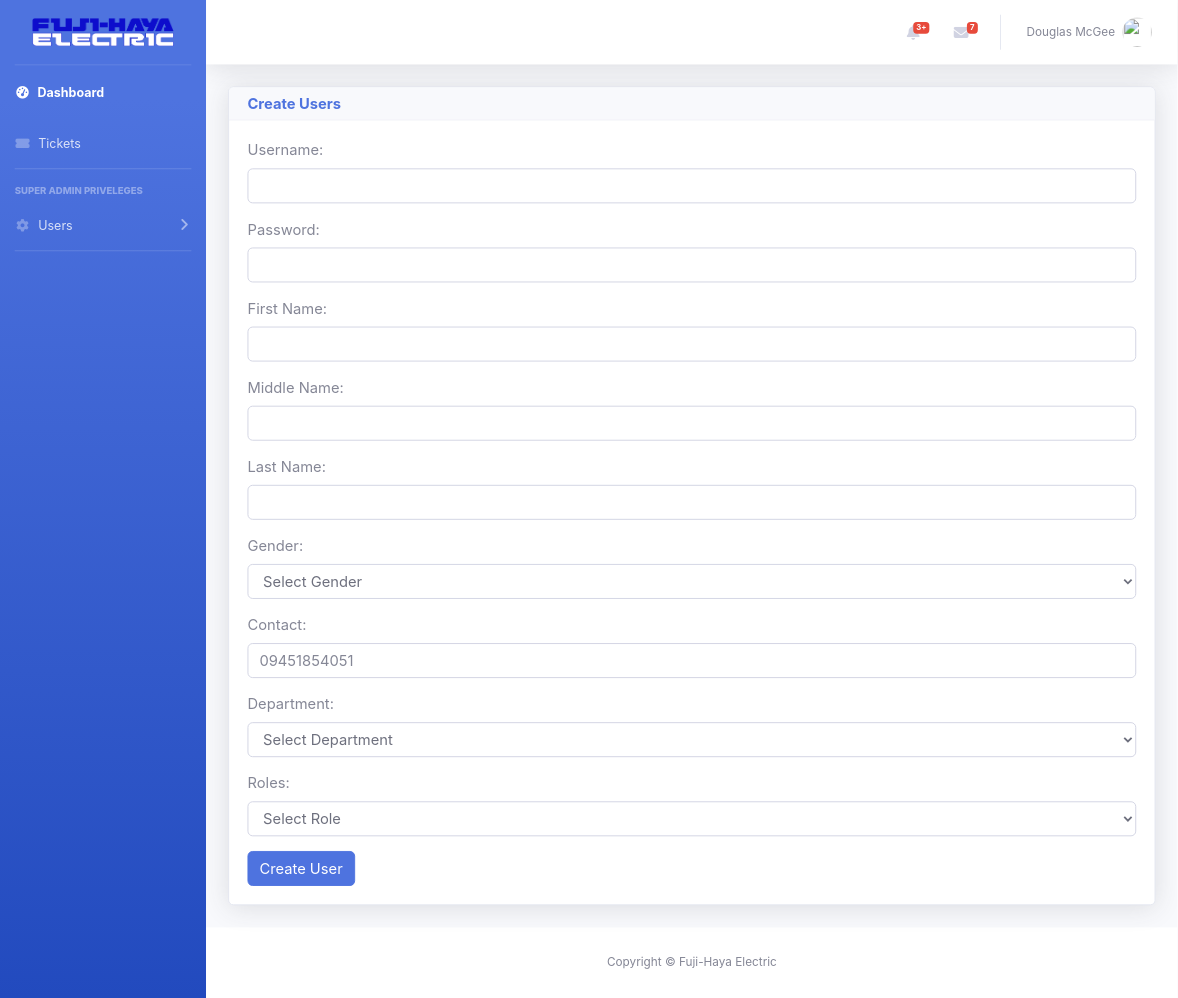
Repository: ejerasga/ticket-inventory
Page: http://localhost/user/create
These files come from the project's save history. The page is drawn as it stood at one moment and after a run of saves; the edit follows.
The browser window is 1280 px wide. The pictures show the whole page, at 92% of full size.
The page is served by the project's Laravel application, run on PHP 8.4 with Laravel 10. Other server files are loaded and not shown. Queries for data that is not in the repository find no rows.

Above is the page before, as saved 2025-02-13 16:33:42.

### routes/web.php
<?php

use Illuminate\Support\Facades\Route;
use App\Http\Controllers\Auth\LoginController;
use App\Http\Controllers\UserController;
use App\Http\Controllers\DashboardController;

Route::get('/', function () {
    return view('login');
});

Route::get('/dashboard', function () {
    return view('dashboard');
})->middleware('auth');


// Show the login form
Route::get('login', [LoginController::class, 'showLoginForm'])->name('login');

// Handle the login form submission
Route::post('login', [LoginController::class, 'login']);

// Handle logout
Route::post('logout', [LoginController::class, 'logout'])->name('logout');


Route::get('/dashboard', [DashboardController::class, 'index'])->name('dashboard');  // send user to dashboard

Route::get('/user/create', [UserController::class, 'index'])->name('user_create');  // send user to creating users page

### app/Http/Controllers/UserController.php
<?php

namespace App\Http\Controllers;

use Illuminate\Http\Request;
use App\Models\User;
use App\Http\Requests\CreateUserValidation;
use Illuminate\Support\Facades\Hash;
use App\Models\Department;
use App\Models\Role;

class UserController extends Controller
{
    public function index()
    {
        $departments = Department::all(); // Fetch all departments
        $roles = Role::all(); // Fetch all roles

        return view('users.create_users', compact('departments', 'roles'));
    }



}

### app/Models/Department.php
<?php

namespace App\Models;

use Illuminate\Database\Eloquent\Factories\HasFactory;
use Illuminate\Database\Eloquent\Model;

class Department extends Model
{
    use HasFactory;

    protected $table = 'departments';

    protected $primaryKey = 'd_id'; // primary key
    protected $fillable = ['d_name'];

    public $timestamps = false; // `created_at` and `updated_at` are NULL


    public function users() {
        return $this->hasMany(User::class, 'd_id');
    }

}

### app/Models/Role.php
<?php

namespace App\Models;

use Illuminate\Database\Eloquent\Factories\HasFactory;
use Illuminate\Database\Eloquent\Model;

class Role extends Model
{
    use HasFactory;

    protected $table = 'roles';

    protected $primaryKey = 'r_id'; // primary key
    protected $fillable = ['r_name'];

    public $timestamps = false; // `created_at` and `updated_at` are NULL


    public function users() {
        return $this->hasMany(User::class, 'r_id');
    }

}

### resources/views/users/create_users.blade.php
@extends('layout.header')
    @section('content')


    <div class="container-fluid">

        <!-- Page Heading -->
        {{-- <div class="d-sm-flex align-items-center justify-content-between mb-4">
            <h1 class="h3 mb-0 text-gray-800">Create Users</h1>
        </div> --}}

        <div class="card shadow mb-4">
            <div class="card-header py-2">
                <h6 class="m-0 font-weight-bold text-primary">Create Users</h6>
            </div>
            <div class="card-body">
                <form action="" method="post" autocomplete="off">
                    @csrf
                    <div class="form-group">
                        <label for="u_username">Username:</label>
                        <input type="text" class="form-control" id="u_username" name="u_username" aria-describedby="emailHelp">
                        @error('u_username')
                            <span class="error text-danger">{{ $message }}</span>
                        @enderror
                    </div>

                    <div class="form-group">
                        <label for="u_password">Password:</label>
                        <input type="password" class="form-control" id="u_password" name="u_password">
                        @error('u_password')
                            <span class="error text-danger">{{ $message }}</span>
                        @enderror
                    </div>

                    <div class="form-group">
                        <label for="u_fname">First Name:</label>
                        <input type="text" class="form-control" id="u_fname" name="u_fname">
                        @error('u_fname')
                            <span class="error text-danger">{{ $message }}</span>
                        @enderror
                    </div>

                    <div class="form-group">
                        <label for="u_mname">Middle Name:</label>
                        <input type="text" class="form-control" id="u_mname" name="u_mname">
                        @error('u_mname')
                            <span class="error text-danger">{{ $message }}</span>
                        @enderror
                    </div>

                    <div class="form-group">
                        <label for="u_lname">Last Name:</label>
                        <input type="text" class="form-control" id="u_lname" name="u_lname">
                        @error('u_lname')
                            <span class="error text-danger">{{ $message }}</span>
                        @enderror
                    </div>

                    <div class="form-group">
                        <label for="u_gender">Gender:</label>
                        <select class="form-control" id="u_gender" name="u_gender">
                            <option value="">Select Gender</option>
                            <option value="1">Male</option>
                            <option value="0">Female</option>
                        </select>
                        @error('u_gender')
                            <span class="error text-danger">{{ $message }}</span>
                        @enderror
                    </div>

                    <div class="form-group">
                        <label for="u_contact">Contact:</label>
                        <input type="tel" class="form-control" id="u_contact" name="u_contact" placeholder="09451854051" pattern="[0-9]{4}-[0-9]{3}-[0-9]{4}">
                    </div>

                    <div class="form-group">
                        <label for="d_id">Department:</label>
                        <select class="form-control" id="d_id" name="d_id">
                            <option value="">Select Department</option>
                            @foreach ($departments as $department)
                                <option value="{{ $department->d_id }}">{{ $department->d_name }}</option>
                            @endforeach
                        </select>
                    </div>

                    <div class="form-group">
                        <label for="d_id">Roles:</label>
                        <select class="form-control" id="r_id" name="r_id">
                            <option value="">Select Role</option>
                            @foreach ($roles as $role)
                                <option value="{{ $role->r_id }}">{{ $role->r_name }}</option>
                            @endforeach
                        </select>
                    </div>

                    <button type="submit" class="btn btn-primary">Create User</button>
                </form>
            </div>
        </div>

    </div>

@endsection

Loaded but not shown: app/Providers/AppServiceProvider.php (common file); app/Http/Controllers/Controller.php (common file); public/assets/css/sb-admin-2.min.css (library); public/assets/js/jquery.min.js (library); public/assets/js/bootstrap.bundle.min.js (library); public/assets/js/jquery.easing.min.js (common file); resources/views/layout/header.blade.php (358 lines, source omitted)

After the next 4 saves:
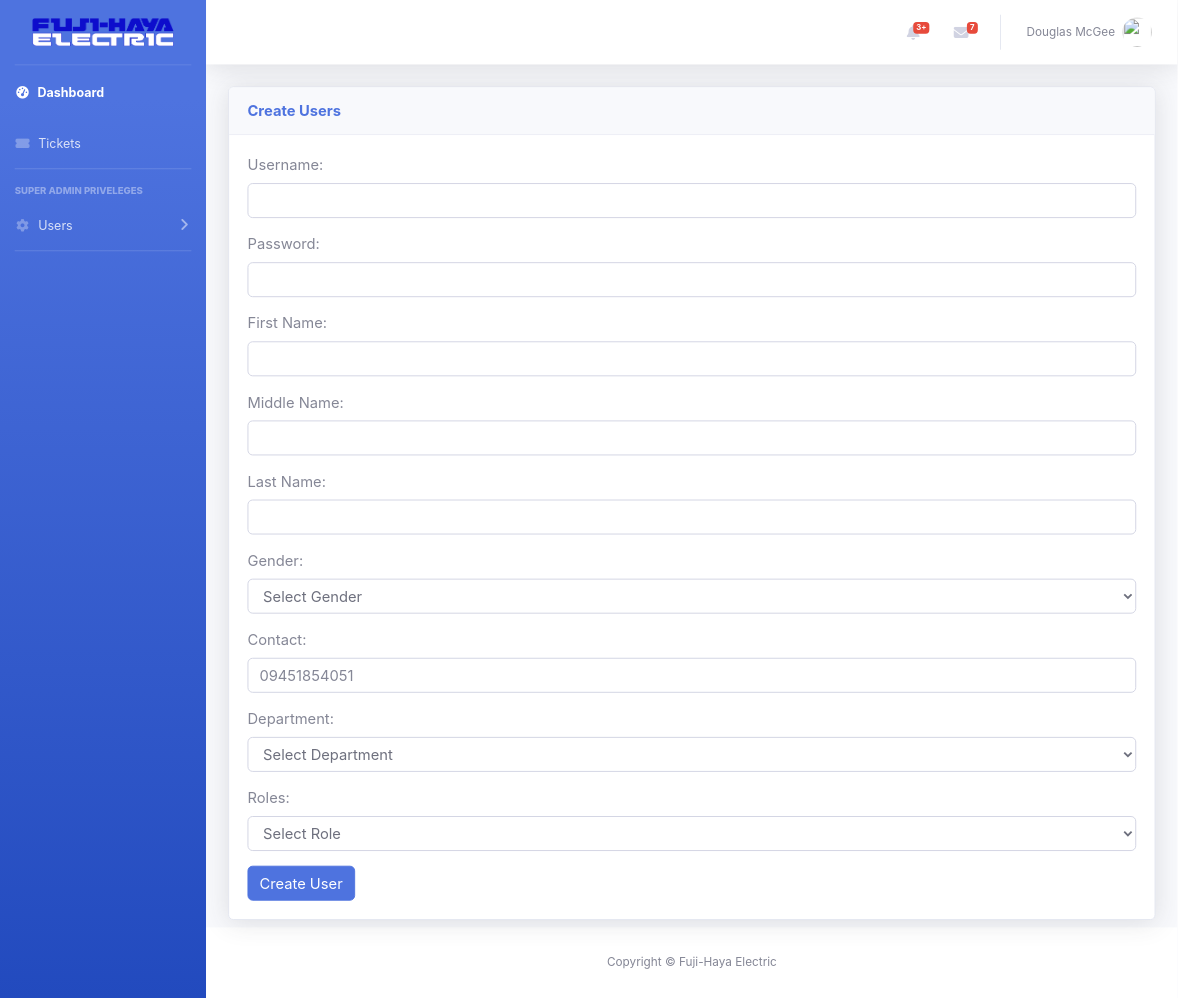
The 4 saves are shown as one change because they came seconds apart.
The last was saved 11 s later.
--- a/resources/views/users/create_users.blade.php
+++ b/resources/views/users/create_users.blade.php
@@ -9,8 +9,8 @@
             <h1 class="h3 mb-0 text-gray-800">Create Users</h1>
         </div> --}}
 
-        <div class="card shadow mb-4">
-            <div class="card-header py-2">
+        <div class="card shadow mb-2">
+            <div class="card-header py-3">
                 <h6 class="m-0 font-weight-bold text-primary">Create Users</h6>
             </div>
             <div class="card-body">
